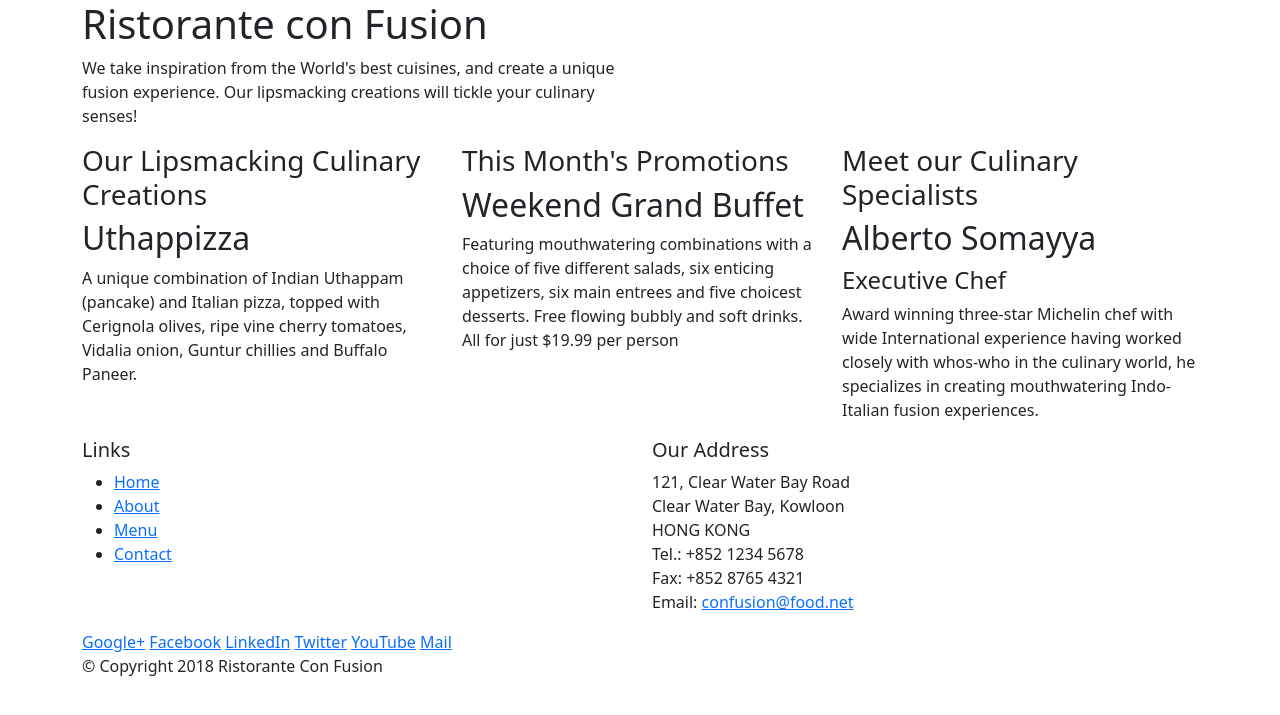
Repository: GiaBaooLe/Reactjs
Page: index.html
These files come from the project's save history. The page is drawn as it stood at one moment and after the next save; the edit follows.
The browser window is 1280 px wide. The pictures show the whole page.
Some web libraries are served in a nearby version.

Above is the page before, as saved 2023-09-12 14:08:18.

### index.html
<!DOCTYPE html>
<html lang="en">
  <head>

    <!-- Required meta tags always come first -->
    <meta charset="utf-8" />
    <meta
      name="viewport"
      content="width=device-width, initial-scale=1, shrink-to-fit=no"
    />
    <meta http-equiv="x-ua-compatible" content="ie=edge" />
    <!-- Bootstrap CSS -->
    <link
      rel="stylesheet"
      href="node_modules/bootstrap/dist/css/bootstrap.min.css"
    />

    <title>Ristorante Con Fusio</title>
  </head>

  <body>
    <header class="jumbotron">
        <div class="container">
            <div class="row">


          <div class="col-12 col-sm-6">
            <h1>Ristorante con Fusion</h1>
            <p>
              We take inspiration from the World's best cuisines, and create a
              unique fusion experience. Our lipsmacking creations will tickle
              your culinary senses!
            </p>
          </div>
          </div>
        </div>


    </div>
    </header>

    <div class="container">
        <div class="row">
      <div class="col-12 col-sm-4 ">
        <div>
          <h3>Our Lipsmacking Culinary Creations</h3>
        </div>
        <div>
          <h2>Uthappizza</h2>
          <p>
            A unique combination of Indian Uthappam (pancake) and Italian pizza,
            topped with Cerignola olives, ripe vine cherry tomatoes, Vidalia
            onion, Guntur chillies and Buffalo Paneer.
          </p>
        </div>
      </div>


      <div class="col-12 col-sm-4 ">
        <div>
          <h3>This Month's Promotions</h3>
        </div>
        <div>
          <h2>Weekend Grand Buffet</h2>
          <p>
            Featuring mouthwatering combinations with a choice of five different
            salads, six enticing appetizers, six main entrees and five choicest
            desserts. Free flowing bubbly and soft drinks. All for just $19.99
            per person
          </p>
        </div>
      </div>

      <div class="col-12 col-sm-4 ">
        <div>
          <h3>Meet our Culinary Specialists</h3>
        </div>
        <div>
          <h2>Alberto Somayya</h2>
          <h4>Executive Chef</h4>
          <p>
            Award winning three-star Michelin chef with wide International
            experience having worked closely with whos-who in the culinary
            world, he specializes in creating mouthwatering Indo-Italian fusion
            experiences.
          </p>
        </div>
      </div>
    </div>
    </div>
</div>

    <footer>
      <div class="container">
        <div class="row">

          <div class="col-12 col-sm-6">
            <h5>Links</h5>
            <ul>
              <li><a href="#">Home</a></li>
              <li><a href="#">About</a></li>
              <li><a href="#">Menu</a></li>
              <li><a href="#">Contact</a></li>
            </ul>
          </div>
          <div class="col-12 col-sm-6">
            <h5>Our Address</h5>
            <address>
              121, Clear Water Bay Road<br />
              Clear Water Bay, Kowloon<br />
              HONG KONG<br />
              Tel.: +852 1234 5678<br />
              Fax: +852 8765 4321<br />
              Email: <a href="mailto:confusion@food.net">confusion@food.net</a>
            </address>
          </div>
          <div class="col-12 col-sm-6">
            <div>
              <a href="http://google.com/+">Google+</a>
              <a href="http://www.facebook.com/profile.php?id=">Facebook</a>
              <a href="http://www.linkedin.com/in/">LinkedIn</a>
              <a href="http://twitter.com/">Twitter</a>
              <a href="http://youtube.com/">YouTube</a>
              <a href="mailto:">Mail</a>
            </div>
          </div>
        </div>
        <div>
          <div>
            <p>© Copyright 2018 Ristorante Con Fusion</p>
          </div>
        </div>
      </div>
    </footer>
  </body>
  <script src="node_modules/jquery/dist/jquery.slim.min.js"></script>
  <script src="node_modules/popper.js/dist/umd/popper.min.js"></script>
  <script src="node_modules/bootstrap/dist/js/bootstrap.min.js"></script>
</html>

After the next save:
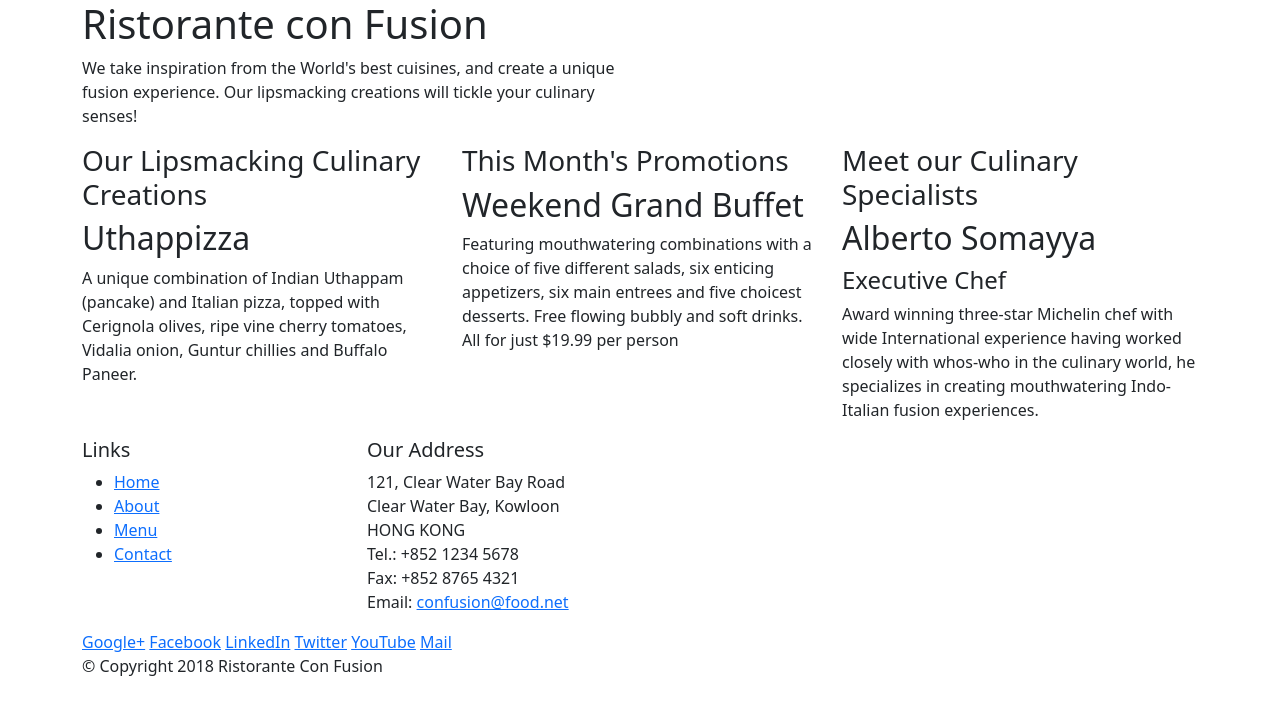
Saved 71 s later.
--- a/index.html
+++ b/index.html
@@ -94,7 +94,7 @@
       <div class="container">
         <div class="row">
 
-          <div class="col-12 col-sm-6">
+          <div class="col-12 col-sm-3">
             <h5>Links</h5>
             <ul>
               <li><a href="#">Home</a></li>
